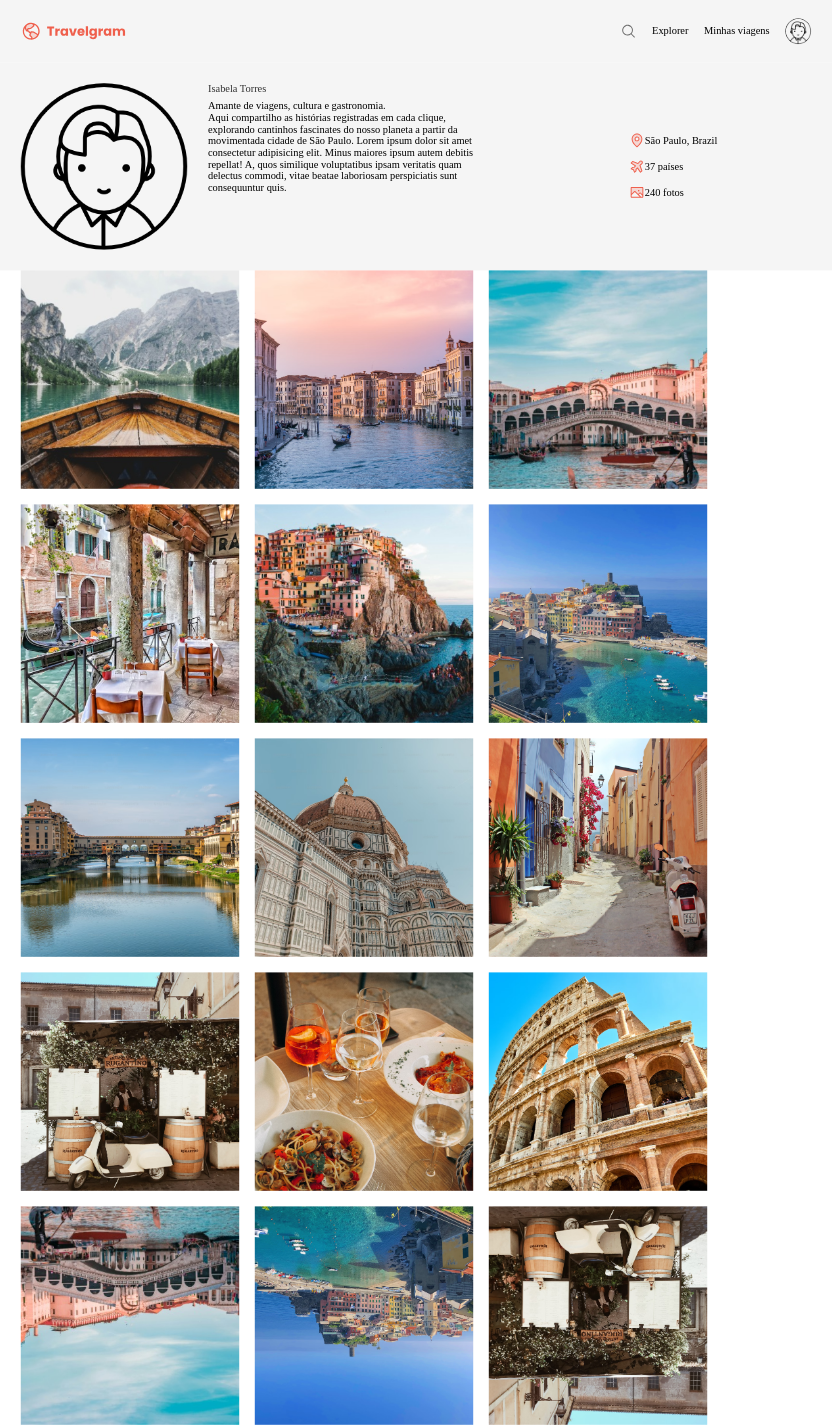
Repository: JeffRodFer/projeto-Travelgran-Rockeseat
Page: index.html
The author's editor kept a copy of each file at every save. The page is drawn from the files as they stood at one save, then again after a run of saves.
The browser window is 1280 px wide. The pictures show the whole page, at 65% of full size.

Above is the page before, as saved 2025-03-22 17:05:28.

### index.html
<!DOCTYPE html>
<html lang="pt-br">
    <head>

        <link rel="preconnect" href="https://fonts.googleapis.com">
        <link rel="preconnect" href="https://fonts.gstatic.com" crossorigin>
        <meta charset="UTF-8">
        <meta name="viewport" content="width=device-width, initial-scale=1.0">
        <title>travelgran | Perfil de viagens</title>
        <link rel="stylesheet" href="styles/index.css">
        <link href="https://fonts.googleapis.com/css2?family=Bree+Serif&family=Poppins:wght@400;700&display=swap" rel="stylesheet">

    </head>
    <body>
         <div class="bg-surface-color">
                <nav class="container">
                        <a href="#" id="logo">
                        <img src="assets/Logo.svg" alt="logomarca">
                        </a>
                    <ul id="primary-menu">
                        <li>
                            <a href="#">
                                <img src="assets/icons/MagnifyingGlass.svg" alt="ícone de lupa">
                            </a>
                        </li>
                        <li><a href="#">Explorer</a></li>
                        <li><a href="#">Minhas viagens</a></li>
                        <li><a href="#">
                            <img src="assets/profi-pic-2.png" alt="foto de perfil do boy">
                            </a>
                        </li>
                    </ul
                    </nav>
         </div>
         <div class="bg-surface-color">
                <header>
                    <div class="container">
                        <div id="profile">
                            <img src="assets/profi-pic-2.png" alt="imagem do boy">
                             <div>
                                    <h1>Isabela Torres</h1>
                                    <p>
                                        Amante de viagens, cultura e gastronomia.<br> Aqui compartilho as histórias registradas em cada clique, explorando cantinhos fascinates do nosso planeta a partir da movimentada cidade de São Paulo. Lorem ipsum dolor sit amet consectetur adipisicing elit. Minus maiores ipsum autem debitis repellat! A, quos similique voluptatibus ipsam veritatis quam delectus commodi, vitae beatae laboriosam perspiciatis sunt consequuntur quis.
                                    </p>
                             </div>
                        </div>
                            <ul id="info">
                                <li>
                                    <img src="assets/icons/MapPin.svg" alt="ícone de mapa">
                                    <span>São Paulo, Brazil</span>
                                </li>
                                <li>
                                    <img src="assets/icons/AirplaneTilt.svg" alt="ícone de avião">
                                    <span>37 países</span>
                                </li>
                                <li>
                                    <img src="assets/icons/Image.svg" alt="ícone de fotos">
                                    <span>240 fotos</span>
                                </li>
                            </ul>
                    </div>
                </header>
        </div>
        <main class="container">
            <img src="assets/images/Image 01.png" alt="...">
            <img src="assets/images/Image 02.png" alt="...">
            <img src="assets/images/Image 03.png" alt="...">
            <img src="assets/images/Image 04.png" alt="...">
            <img src="assets/images/Image 05.png" alt="...">
            <img src="assets/images/Image 06.png" alt="...">
            <img src="assets/images/Image 07.png" alt="...">
            <img src="assets/images/Image 08.png" alt="...">
            <img src="assets/images/Image 09.png" alt="...">
            <img src="assets/images/Image 10.png" alt="...">
            <img src="assets/images/Image 11.png" alt="...">
            <img src="assets/images/Image 12.png" alt="...">
            <img src="assets/images/Image 13.png" alt="...">
            <img src="assets/images/Image 14.png" alt="...">
            <img src="assets/images/Image 15.png" alt="...">
        </main>
    </body>


</html>

### styles/global.css
* {
    margin: 0;
    padding: 0;
    box-sizing: border-box;
}
:root {
--brand-color: #ef5f4c;
--background-color: #ffffff;
--surface-color: #f5f5f5;
--skeleton-color: #d9d9d9;
--shape-transparent: #ffffff8f;
--text-color-primary: #313131;
--text-color-secondary: #6c6c6c:

--font-family: "Poppins" , sans-serif;
--text-lg: bold 32px/125% var(--font-family);
--text: 16px/1.5 var(--font-family);
--text-md: 14px/170% var(--font-family);
--text-sm: 12px/170% var(--font-family);

}
body {
    font: var(--text);
    color: var(--text-color-secondary);
    background-color: var(--background-color);
}
a {
    text-decoration: none;
    color: inherit;
}
a:hover {
    color: var(--brand-color);
    text-decoration: underline;
}

.container {
    padding-inline: 32px;
    margin-inline: auto;
}

.bg-surface-color {
    background-color: var(--surface-color);
}

### styles/nav.css
nav {
    display: flex;
    justify-content: space-between;
    align-items: center;

    line-height: 0;
    padding-block: 20px;

}

nav ul {
    display: flex;
    list-style: none;
    align-items: center;
    gap: 24px;

    padding-block: 8px;;
}

nav ul li:last-child img {
    width: 40px;
    height: 40px;
    object-fit: cover;
    border-radius: 50%;
}

### styles/header.css
header {
    padding-block: 32px;

    font: var(--text-md);

}

header .container {
    display: flex;
    justify-content: space-between;
    align-items: center;
}

#profile {
    display: flex;
    gap: 32px;
}

#profile > div {
    max-width: 420px;
}

#profile h1 {
    font: var(--text-lg);
    color: var(--text-color-primary);
    margin-bottom: 8px;
}

#info {
    display: flex;
    flex-direction: column;
    gap: 16px;

    width: 280px;
}
#info li {
    display: flex;
    align-items: center;
}

### styles/main.css
main {
    display: flex;
    flex-wrap: wrap;
    gap: 24px 24px;
}
main img {
    width: 336px;
    height: 336px;
    object-fit: cover;

}

Loaded but not shown: styles/index.css (common file)

After the next 2 saves:
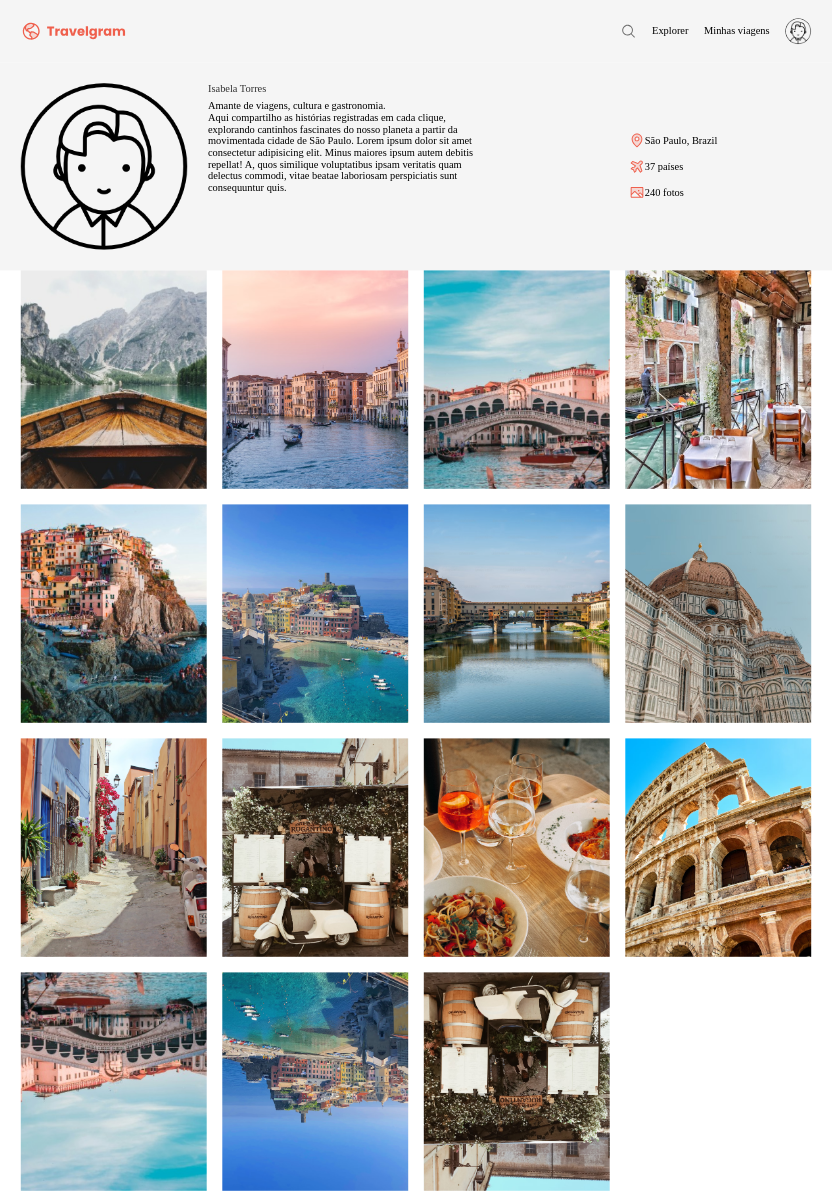
The 2 saves are shown as one change because they came seconds apart.
The last was saved 17 s later.
--- a/styles/main.css
+++ b/styles/main.css
@@ -4,7 +4,7 @@ main {
     gap: 24px 24px;
 }
 main img {
-    width: 336px;
+    width: 286px;
     height: 336px;
     object-fit: cover;
 
